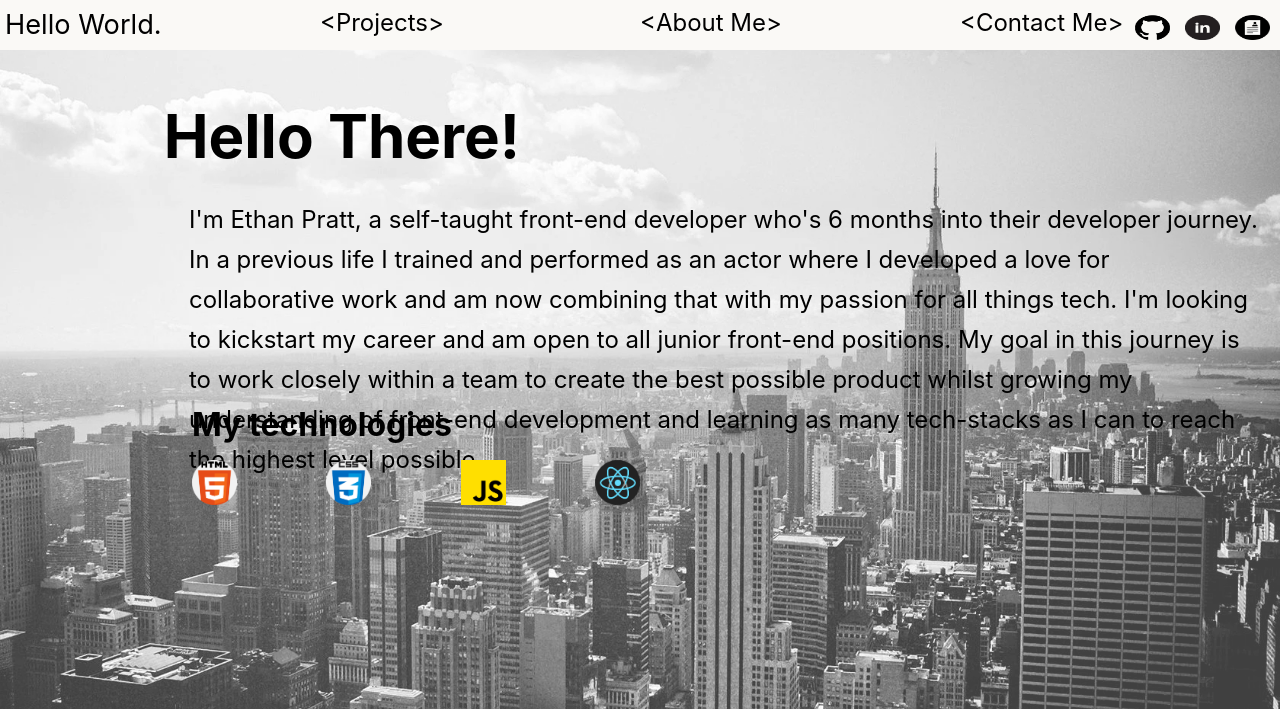
Repository: ghend99/website_ethan_pratt
Page: /about
An editor plug-in stored every save of this project. The page is shown before and after the next save, followed by the edit.
The browser window is 1280 px wide. The pictures show the whole page.
The project was rebuilt for these pictures with package versions that can differ from the ones it lists, and the page was loaded fresh each time. Also part of the build but not shown: src/pages/home.js, src/pages/project.js, src/css/contact.css, src/pages/contact.js.

Above is the page before, as saved 2023-05-25 17:14:29.

### public/index.html
<!DOCTYPE html>
<html lang="en">
  <head>
    <meta charset="utf-8" />
    <link rel="icon" href="%PUBLIC_URL%/favicon.ico" />
    <meta name="viewport" content="width=device-width, initial-scale=1" />
    <meta name="theme-color" content="#000000" />
    <meta
      name="description"
      content="Web site created using create-react-app"
    />
    <link rel="apple-touch-icon" href="%PUBLIC_URL%/logo192.png" />
    <!--
      manifest.json provides metadata used when your web app is installed on a
      user's mobile device or desktop. See https://developers.google.com/web/fundamentals/web-app-manifest/
    -->
    <link rel="manifest" href="%PUBLIC_URL%/manifest.json" />
    <!--
      Notice the use of %PUBLIC_URL% in the tags above.
      It will be replaced with the URL of the `public` folder during the build.
      Only files inside the `public` folder can be referenced from the HTML.

      Unlike "/favicon.ico" or "favicon.ico", "%PUBLIC_URL%/favicon.ico" will
      work correctly both with client-side routing and a non-root public URL.
      Learn how to configure a non-root public URL by running `npm run build`.
    -->
    <title>Ethan Pratt | Junior Front-End Developer</title>
  </head>
  <body>
    <noscript>You need to enable JavaScript to run this app.</noscript>
    <div id="root"></div>
    <!--
      This HTML file is a template.
      If you open it directly in the browser, you will see an empty page.

      You can add webfonts, meta tags, or analytics to this file.
      The build step will place the bundled scripts into the <body> tag.

      To begin the development, run `npm start` or `yarn start`.
      To create a production bundle, use `npm run build` or `yarn build`.
    -->
  </body>
</html>

### src/App.js
import { BrowserRouter as Router, Routes, Route } from "react-router-dom";
import { Home } from "./pages/home";
import { About } from "./pages/about.js";
import { Project } from "./pages/project.js";
import { Contact } from "./pages/contact.js";

function App() {
  return (
    <div className="App">
      <Router>
        <Routes>
          <Route path="/" element={<Home />} />
          <Route path="/projects" element={<Project />} />
          <Route path="/about" element={<About />} />
          <Route path="/contact" element={<Contact />} />
        </Routes>
      </Router>
    </div>
  );
}

export default App;

### src/pages/about.js
import "../css/about.css";
import { Header } from "../components/header.js";
import html from "../images/html.png";
import css from "../images/css.png";
import javascript from "../images/javascript.png";
import react from "../images/react.png";

export const About = () => {
  return (
    <div className="bg">
      <Header />
      <div className="about-container">
        {/* Infomration Container */}
        <div className="info-container">
          <section className="about">
            <h1 className="about-header">Hello There!</h1>
            <p className="about-paragraph">
              I'm Ethan Pratt, a self-taught front-end developer who's 6 months
              into their developer journey. In a previous life I trained and
              performed as an actor where I developed a love for collaborative
              work and am now combining that with my passion for all things
              tech. I'm looking to kickstart my career and am open to all junior
              front-end positions. My goal in this journey is to work closely
              within a team to create the best possible product whilst growing
              my understanding of front-end development and learning as many
              tech-stacks as I can to reach the highest level possible.
            </p>
          </section>
        </div>

        {/* Technology Container */}
        <div id="technology-container">
          <h2 className="technology-header">My technologies</h2>
          <img
            className="stack-html"
            id="stack-icon"
            src={html}
            alt="html logo"
          />
          <img className="stack-css" id="stack-icon" src={css} alt="css-logo" />
          <img
            className="stack-javascript"
            id="stack-icon"
            src={javascript}
            alt="javascript-logo"
          />
          <img
            className="stack-react"
            id="stack-icon"
            src={react}
            alt="react-logo"
          />
        </div>
      </div>
    </div>
  );
};

### src/components/header.js
import React, { useState } from "react";
import { Link } from "react-router-dom";
import "../css/header.css";
import github from "../images/github.png";
import linkedin from "../images/linkedin.png";
import resume from "../images/resume.png";
import menu from "../images/menu.png";

export const Header = () => {
  return (
    <div className="header-container">
      <div>
        <Link className="header-title" to="/">
          Hello World.
        </Link>
      </div>
      <div>
        <Link id="header-nav" className="header-projects" to="/projects">
          &lt;Projects&gt;
        </Link>
      </div>
      <div>
        <Link id="header-nav" className="header-about" to="/about">
          &lt;About Me&gt;
        </Link>
      </div>
      <div>
        <Link id="header-nav" className="header-contact" to="/contact">
          &lt;Contact Me&gt;
        </Link>
      </div>

      <a href="https://github.com/ghend99" target={"_blank"}>
        <img id="header-socials" className="header-github" src={github} />
      </a>
      <a href="https://www.linkedin.com/in/ethanapratt/" target={"_blank"}>
        <img id="header-socials" className="header-linkedin" src={linkedin} />
      </a>
      <a
        href="https://acrobat.adobe.com/link/review?uri=urn:aaid:scds:US:d93e7d11-55fc-32a3-ba0c-10f2114d1d69"
        target={"_blank"}
      >
        <img id="header-socials" className="header-resume" src={resume} />
      </a>

      <div className="header-socials-list">
        <a href="https://github.com/ghend99" target={"_blank"}>
          <p className="header-socials-text">Github</p>
        </a>
        <a href="https://www.linkedin.com/in/ethanapratt/" target={"_blank"}>
          <p className="header-socials-text">LinkedIn</p>
        </a>
        <a
          href="https://acrobat.adobe.com/link/review?uri=urn:aaid:scds:US:d93e7d11-55fc-32a3-ba0c-10f2114d1d69"
          target={"_blank"}
        >
          <p className="header-socials-text">Resume</p>
        </a>
      </div>
    </div>
  );
};

### src/css/home.css
@import url("https://fonts.googleapis.com/css2?family=Bitter&display=swap");

#center-container {
  position: relative;
  max-width: 25%;
  min-width: 500px;
  height: 20%;
  border-bottom: solid;
  /* background-color: aqua; */
  margin-left: auto;
  margin-right: auto;
  top: 10%;
  text-align: center;
  padding: 70px 0;
}

.home-name {
  top: 0;
  font-size: 50px;
  font-weight: bold;
}

.home-job-title {
  font-size: 32px;
  font-family: "Bitter";
}

.home-resume,
.home-github,
.home-linkedin {
  position: absolute;
  bottom: -50px;
  text-decoration: none;
  color: black;
  font-size: 20px;
  font-weight: bold;
  height: 50px;
  padding-bottom: 10px;
}

.home-resume:hover,
.home-github:hover,
.home-linkedin:hover {
  border-bottom: solid;
}

.home-github {
  left: 0;
}

.home-linkedin {
  left: 45%;
}

.home-resume {
  right: 0;
}

@media screen and (min-width: 0) and (max-width: 708px) {
  #center-container {
    min-width: 300px;
  }

  .home-linkedin {
    left: 110px;
  }
}

@media screen and (min-width: 0) and (max-width: 322px) {
  #center-container {
    min-width: 300px;
  }
}

### src/css/about.css
.about-container {
  position: relative;
  display: grid;
  grid-template-columns: 1fr;
  grid-template-rows: 1fr 1fr;
  max-width: 100%;
  min-width: 300px;
  max-height: 100%;
  min-height: 550px;
  /* background-color: lightyellow; */
}

.info-container {
  position: relative;
  max-width: 100%;
  min-width: fit-content;
  max-height: 100%;
  min-height: 200px;
  top: 50px;
  margin-right: 20px;
  /* background-color: lightgreen; */
}

.about-header {
  position: absolute;
  /* display: inline-block; */
  left: 13%;
  margin: 0;
  font-size: 60px;
}

.about-paragraph {
  position: absolute;
  top: 100px;
  left: 15%;
  max-width: 100%;
  min-width: 500px;
  margin: 0;
  font-size: 24px;
  line-height: 40px;
}

#technology-container {
  position: relative;
  margin-top: 100px;
  max-width: 70%;
  min-width: 40%;
  height: fit-content;
  left: 15%;
  margin: 0;
  /* background-color: lightblue; */
}

.technology-header {
  position: absolute;
  margin: 0;
  font-size: clamp(2rem, 1vw, 4rem);
}

#stack-icon {
  position: absolute;
  top: 55px;
  width: 5%;
}

.stack-html {
  left: 0;
}

.stack-css {
  left: 15%;
}

.stack-javascript {
  left: 30%;
}

.stack-react {
  left: 45%;
}

@media screen and (min-width: 0) and (max-width: 1740px) {
  #technology-container {
    top: 20px;
  }
}

@media screen and (min-width: 0) and (max-width: 1730px) {
  #technology-container {
    top: 50px;
  }
}

@media screen and (min-width: 0) and (max-width: 1570px) {
  #technology-container {
    top: 80px;
  }
}

@media screen and (min-width: 0) and (max-width: 848px) {
  #technology-container {
    top: 155px;
  }
}

@media screen and (min-width: 0) and (max-width: 708px) {
  .about-header {
    position: absolute;
    font-size: 24px;
    top: 20px;
    left: 30px;
  }

  .about-paragraph {
    font-size: 14px;
    line-height: 25px;
    left: 30px;
    min-width: 100px;
    top: 60px;
  }

  #technology-container {
    top: -10px;
    left: 30px;
  }

  .technology-header {
    font-size: 24px;
  }

  #stack-icon {
    width: 10%;
  }
}

@media screen and (min-width: 0) and (max-width: 320px) {
  .about-header {
    left: 10px;
  }

  .about-paragraph {
    left: 10px;
  }

  #technology-container {
    top: 190px;
    left: 30px;
  }
}

### src/css/header.css
@import url("https://fonts.googleapis.com/css2?family=Bitter&display=swap");

.header-socials-text {
  color: black;
  text-decoration: none;
  border-bottom: none;
}

.header-container {
  position: relative;
  display: grid;
  grid-template-columns: 1fr 1fr 1fr 1fr;
  grid-template-rows: 1fr;
  flex-direction: row;
  max-width: 100%;
  min-width: 390px;
  max-height: 200px;
  min-height: 50px;
  background-color: #faf9f6;
  /* padding-top: 20px; */
}

.header-title {
  position: absolute;
  left: 5px;
  margin: 0;
  margin-right: clamp(20px, 50px, 30px);
  font-size: clamp(1rem, 4vw, 1.7rem);
  top: 8px;
  text-decoration: none;
  color: black;
}

#header-nav {
  position: absolute;
  display: flex;
  font-size: clamp(1rem, 4vw, 1.5rem);
  margin: 0;
  /* margin-right: clamp(20px, 50px, 30px); */
  top: 8px;
}

.header-projects {
  /* left: clamp(30%, 46.5%, 60%); */
  text-decoration: none;
  color: black;
}

.header-about {
  margin: 0;
  /* margin-left: 50px;
  margin-right: 100px;
  left: clamp(5px, 24%, 55%); */
  text-decoration: none;
  color: black;
}

.header-contact {
  /* left: clamp(20%, 65%, 70%); */
  text-decoration: none;
  color: black;
}

#header-socials {
  max-width: 11%;
  min-width: 35px;
  max-height: 50%;
  min-height: 10px;
  top: 15px;
  cursor: pointer;
}

#header-nav:hover {
  border-bottom: solid;
}

.header-github {
  position: absolute;
  right: clamp(10px, 12%, 110px);
}

.header-linkedin {
  position: absolute;
  right: clamp(5px, 10%, 60px);
}

.header-resume {
  position: absolute;
  right: clamp(10px, 10%, 10px);
}

.bg {
  position: relative;
  max-width: 100%;
  min-width: 350px;
  /* max-height: 700px; */
  min-height: 1300px;
  background-size: cover;
  background-repeat: no-repeat;
  background-position: center center;
}

.bg::before {
  content: "";
  background-image: url(../images/background-image.jpg);
  background-size: cover;
  position: absolute;
  top: 0px;
  right: 0px;
  bottom: 0px;
  left: 0px;
  opacity: 0.75;
}

.header-socials-list {
  position: absolute;
  right: 10px;
  top: 50px;
  font-size: 12px;
  font-weight: bold;
  font-family: "Bitter";
  color: black;
  opacity: 0;
  transition: all 0.2s;
}

@media screen and (min-width: 0) and (max-width: 1442px) {
  .bg {
    min-height: 709px;
  }
}

@media screen and (min-width: 0) and (max-width: 1028px) {
  #header-socials {
    display: none;
  }

  .header-socials-list {
    display: none;
  }
}

@media screen and (min-width: 0) and (max-width: 612px) {
  #header-nav {
    top: 13px;
    font-size: 22px;
  }

  .header-socials-menu {
    top: 15px;
    right: 10px;
    width: 20px;
    height: 20px;
  }
}

@media screen and (min-width: 0) and (max-width: 554px) {
  #header-nav {
    font-size: 20px;
  }

  .header-title {
    top: 15px;
    font-size: 16px;
  }
}

@media screen and (min-width: 0) and (max-width: 427px) {
  .header-container {
    min-width: 150px;
  }

  #header-nav {
    font-size: 16px;
    top: 16px;
  }

  .bg {
    min-width: 200px;
  }
}

@media screen and (min-width: 0) and (max-width: 380px) {
  #header-nav {
    font-size: 14px;
    column-gap: 50px;
  }
}

@media screen and (min-width: 0) and (max-width: 322px) {
  .header-title {
    font-size: 14px;
    margin-right: 60px;
  }

  #header-nav {
    min-width: 100px;
    font-size: 12px;
  }

  .header-about {
    left: 85px;
  }

  .header-projects {
    left: 160px;
  }

  .header-contact {
    position: absolute;
    left: 220px;
  }

  .bg {
    min-height: 709px;
  }
}

### src/css/project.css
@import url("https://fonts.googleapis.com/css2?family=Bitter&display=swap");

#projects-container {
  position: absolute;
  display: grid;
  grid-template-columns: 1fr 1fr 1fr 1fr;
  grid-template-rows: 3fr;
  max-width: 80%;
  min-width: 70%;
  max-height: 400vh;
  min-height: 150px;
  /* background-color: blue; */
  /* opacity: 0.7; */
  left: 10%;
  top: 10%;
}

#single-project {
  position: relative;
  max-width: 100%;
  max-height: 600px;
  min-height: 100%;
  border: solid;
  text-align: center;
  background-color: #faf9f6;
}

.project-name {
  font-family: "Bitter";
  font-size: clamp(18px, 24px, 30px);
}

#project-image {
  position: relative;
  max-width: 80%;
  max-height: 75%;
  min-height: 20%;
  top: -10px;
  margin-left: auto;
  margin-right: auto;
}

.image {
  width: 70%;
}

#project-stacks-used {
  margin: 0;
  top: 300px;
}

.project-footer {
  position: absolute;
  display: grid;
  grid-template-columns: 1fr 1fr 1fr;
  text-align: center;
  width: 100%;
  height: 6%;
  bottom: 10px;
}

.source-link,
.source-demo,
.project-info {
  position: absolute;
  text-decoration: none;
  color: black;
  font-size: clamp(0.8rem, 0.5vw, 0.8rem);
  font-weight: bold;
  height: 20px;
  cursor: pointer;
}

.source-link {
  left: 5px;
}

.source-demo {
  right: 5px;
}

#project-information {
  font-size: 14px;
}

.source-link:hover,
.source-demo:hover,
.project-info:hover {
  border-bottom: solid;
}

@media screen and (min-width: 0) and (max-width: 1028px) {
  /* #project-container {
    grid-template-columns: 1fr 1fr 1fr;
  } */

  /* #single-project {
    height: 50%;
  } */

  .project-footer {
    grid-template-rows: 0.5fr;
    bottom: 0;
  }

  .source-link,
  .source-demo,
  .project-info {
    font-size: 10px;
    font-weight: bold;
  }

  .source-link {
    margin: 0;
  }

  .source-demo {
    margin: 0;
    right: 7px;
  }

  .project-info {
    margin: 0;
    top: -4px;
  }
}

@media screen and (min-width: 0) and (max-width: 708px) {
  #projects-container {
    grid-template-columns: 1fr 1fr;
    grid-template-rows: 1fr 1fr;
  }

  .project-footer {
    bottom: 0;
  }

  .source-link,
  .source-demo,
  .project-info {
    font-size: 8px;
  }

  #single-project {
    min-height: 410px;
  }

  #project-information {
    font-size: 12px;
  }
}

Loaded but not shown: src/index.js (common file); src/index.css (common file)

After the next save:
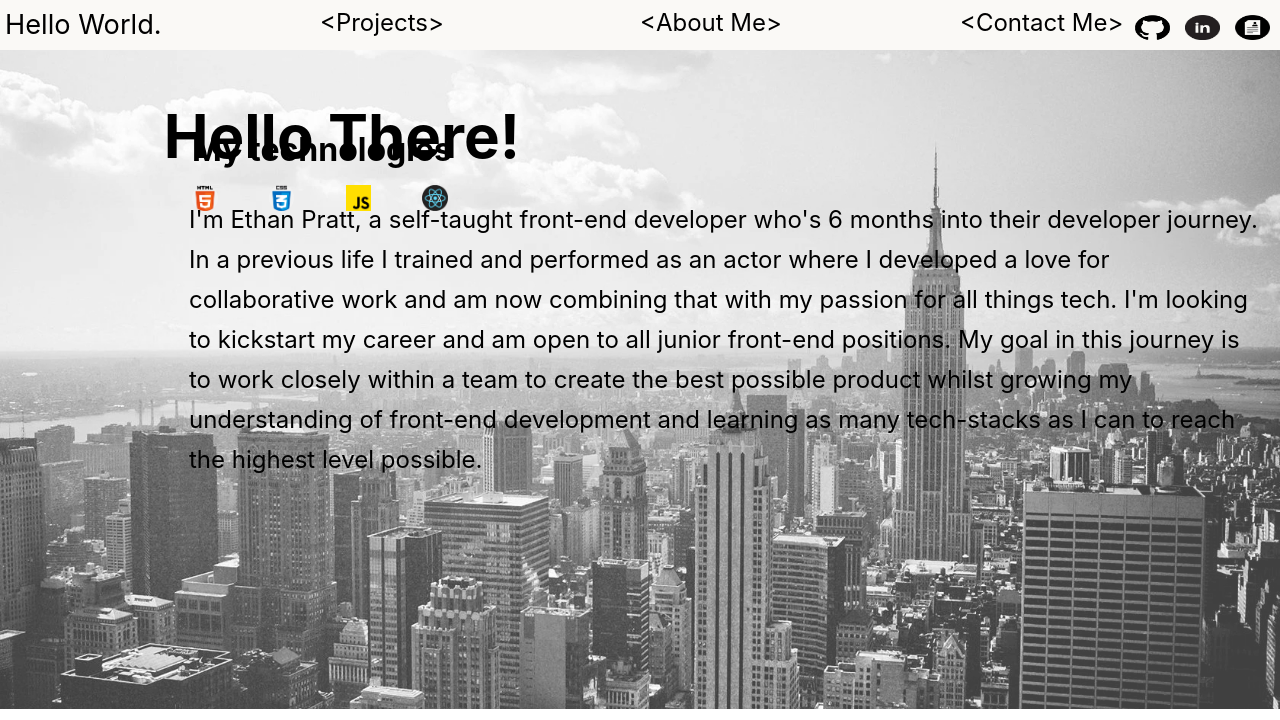
Saved 9 s later.
--- a/src/css/about.css
+++ b/src/css/about.css
@@ -41,8 +41,8 @@
 }
 
 #technology-container {
-  position: relative;
-  margin-top: 100px;
+  position: absolute;
+  margin-top: ;
   max-width: 70%;
   min-width: 40%;
   height: fit-content;

After the 2 saves that followed:
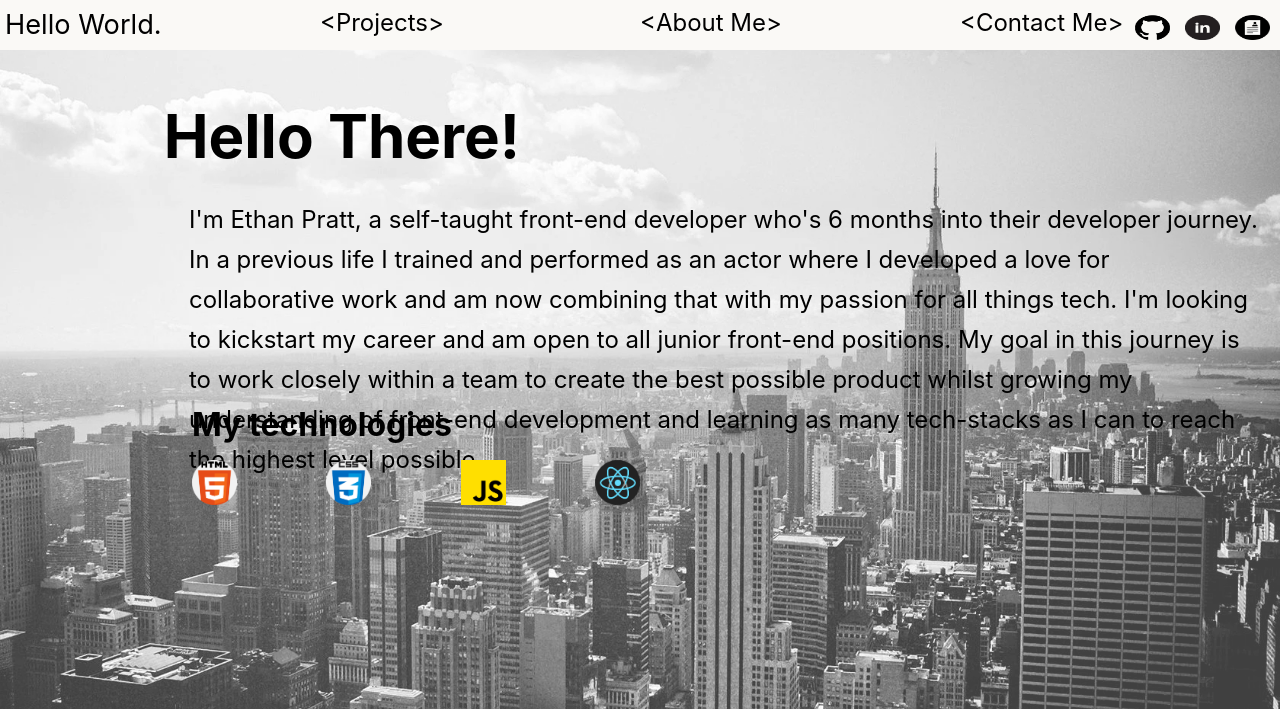
The 2 saves are shown as one change because 1 left the picture as it was.
The last was saved 22 s later.
--- a/src/css/about.css
+++ b/src/css/about.css
@@ -41,7 +41,7 @@
 }
 
 #technology-container {
-  position: absolute;
+  position: relative;
   margin-top: ;
   max-width: 70%;
   min-width: 40%;
